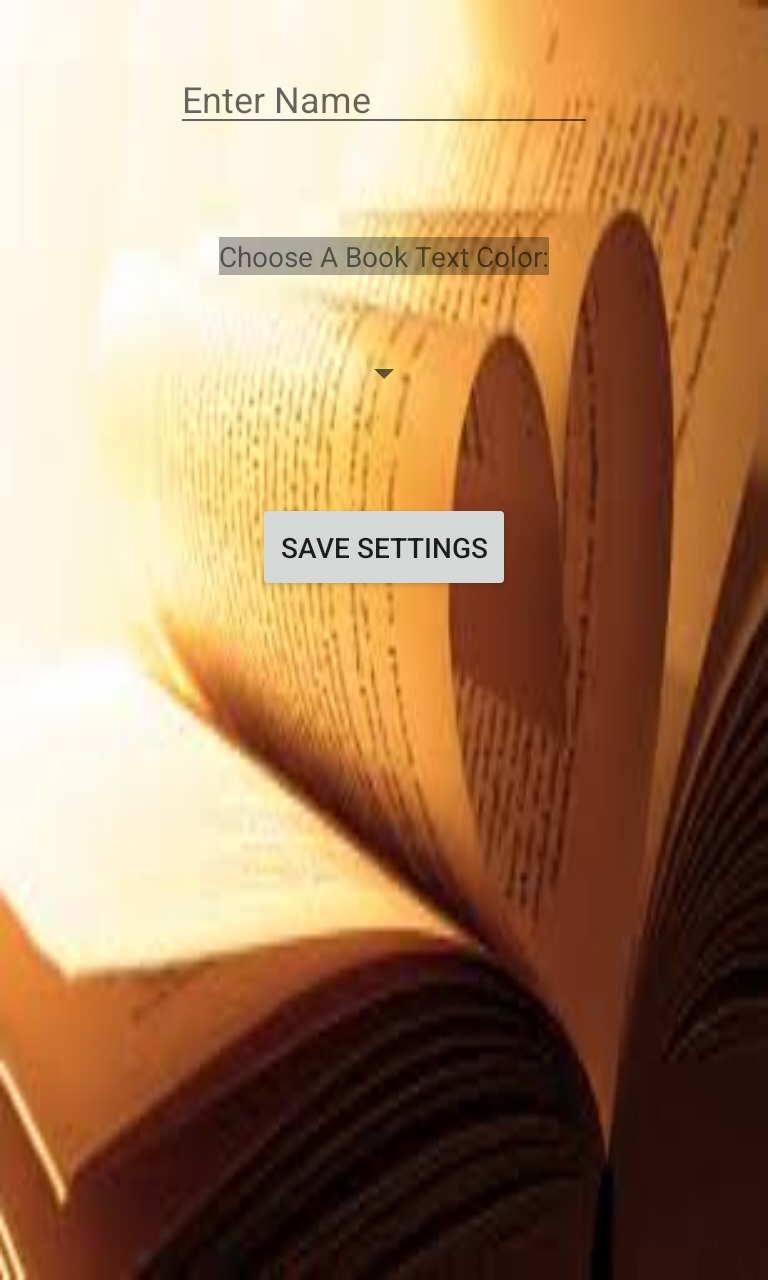
Repository: arianaantonio/MDF3_Antonio
Layout: Readable/res/layout/activity_main.xml
These files come from the project's save history. The layout is drawn as it stood at one moment and after the next save; the edit follows.
It is drawn on a 768 x 1280 px phone screen (xhdpi) without system bars, with theme AppTheme; the app's code is not run. The app's manifest (not shown) leaves right-to-left support off. So textAlignment, textDirection and layoutDirection are ignored, and left and right values win over start and end ones.

Above is the layout before, as saved 2014-08-21 03:17:25.

After the next save:
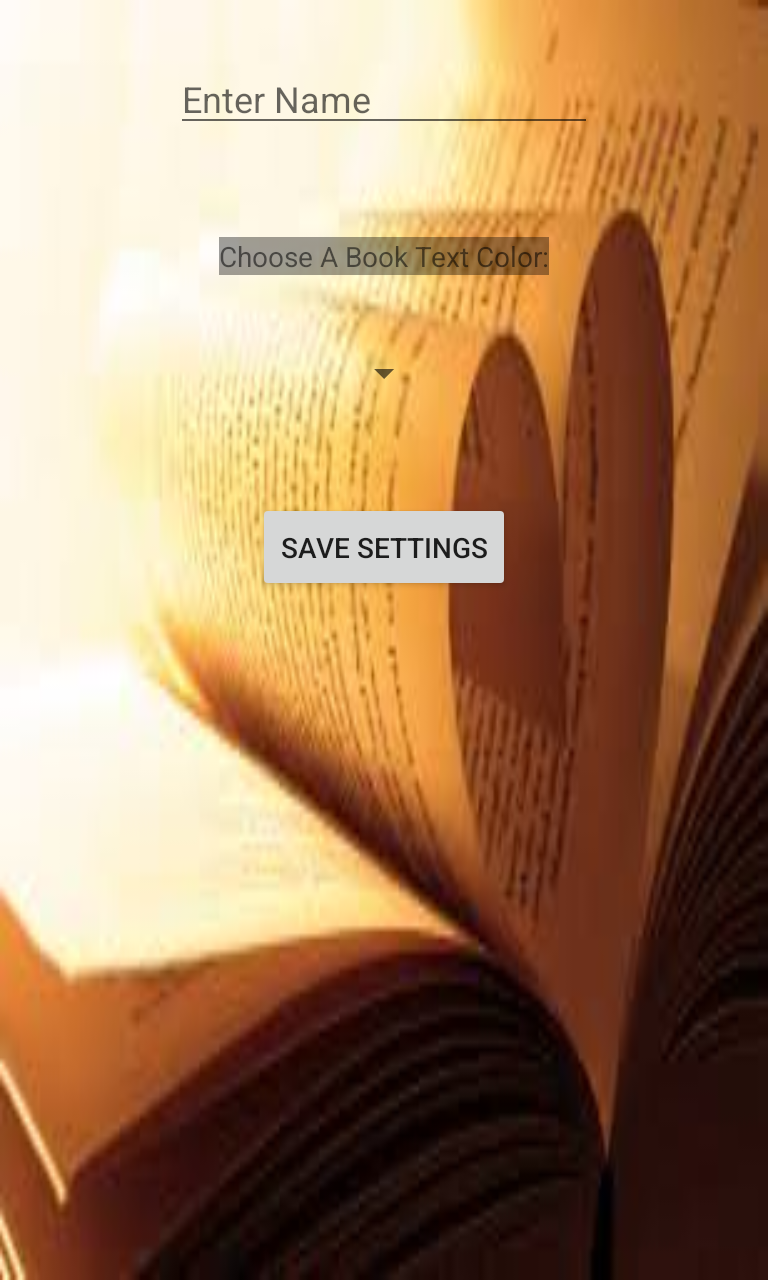
Saved 17 s later.
--- a/Readable/res/values/strings.xml
+++ b/Readable/res/values/strings.xml
@@ -13,6 +13,6 @@
     <color name="black">#000000</color>
     <string name="name">Enter Name</string>
     <color name="lightgrey">#65D3D3D3</color>
-    <color name="transparentBlack">#50000000</color>
+    <color name="transparentBlack">#60000000</color>
 
 </resources>
